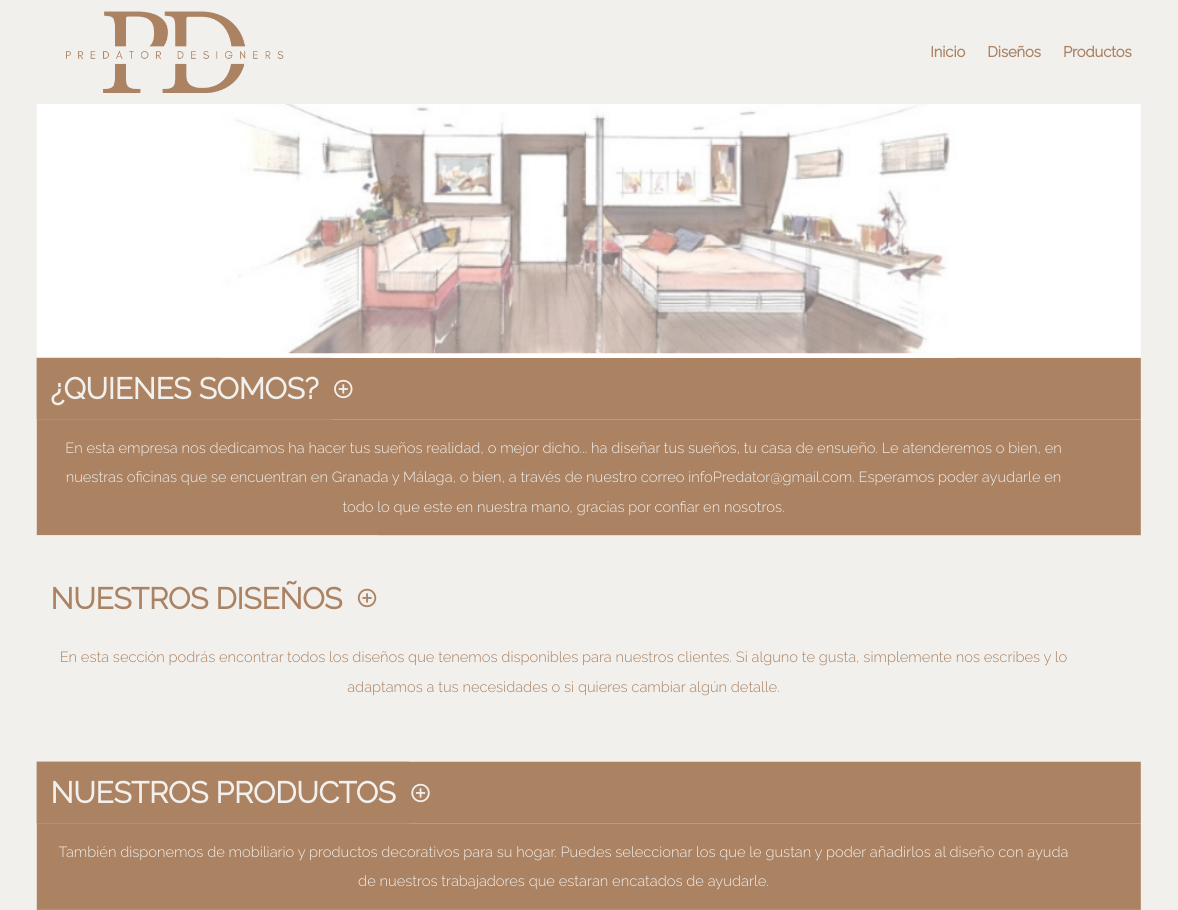
Repository: OmarDvd/proyectoDisenoInterior
Page: index.html
The author's editor kept a record of every edit. The page is drawn from the files as they stood at one moment, then again after the next edit.
The browser window is 1280 px wide. The pictures show the whole page, at 92% of full size.

Above is the page before.

### index.html
<html lang="en">
<head>
    <meta charset="UTF-8">
    <meta name="viewport" content="width=device-width, initial-scale=1.0">
    <title>Eponymous</title>

    <link href="https://fonts.googleapis.com/css2?family=Raleway:wght@300&display=swap" rel="stylesheet">
    <link rel="stylesheet" href="https://fonts.googleapis.com/css2?family=Material+Symbols+Outlined:opsz,wght,FILL,GRAD@20..48,100..700,0..1,-50..200" />
    <link rel="stylesheet" href="css/estilos.css">

    </head>
<body>
    <div class="contenedor">
        <div class="tit-nav">
            <div class="tit">
                <img src="imagenes/DP.png" alt="">
            </div>
            <div class="nav">
                <nav>
                    <a href="index.html">Inicio</a>
                    <a href="disenos.html">Diseños</a>
                    <a href="#">Productos</a>
                </nav>
            </div>
        </div>

        <div class="img">
            <img src="imagenes/Captura.PNG" alt="">
        </div>



            <div class="contenido">
                <div class="info">
                    <h1 class="marron" id="h1_marron">¿QUIENES SOMOS?</h1>
                    <span class="material-symbols-outlined" id="boton1">add_circle</span>
                </div>


                <div class="marron">
                    <div class="marron_texto">
                        <p id="text1">En esta empresa nos dedicamos ha hacer tus sueños realidad, o mejor dicho... ha diseñar tus sueños, tu casa de ensueño. Le atenderemos o bien, en nuestras oficinas que se encuentran en Granada y Málaga, o bien, a través de nuestro correo infoPredator@gmail.com. Esperamos poder ayudarle en todo lo que este en nuestra mano, gracias por confiar en nosotros.
                        </p>
                    </div>

                </div>

                <div class="info_blanca">
                    <h1 class="blanco" id="h1_blanco">NUESTROS DISEÑOS</h1>
                    <span class="material-symbols-outlined" id="boton_blanco">add_circle</span>
                </div>

                <div class="blanco">
                    <div class="blanco_texto">
                        <p id="text2">
                            En esta sección podrás encontrar todos los diseños que tenemos disponibles para nuestros clientes. Si alguno te gusta, simplemente nos escribes y lo adaptamos a tus necesidades o si quieres cambiar algún detalle.
                        </p>
                    </div>
                </div>

                <div class="info">
                    <h1 class="marron" id="h1_marron">NUESTROS PRODUCTOS</h1>
                    <span class="material-symbols-outlined" id="boton3">add_circle</span>
                </div>

                <div class="marron">
                    <div class="marron_texto">
                        <p id="text3">También disponemos de mobiliario y productos decorativos para su hogar. Puedes seleccionar los que le gustan y poder añadirlos al diseño con ayuda de nuestros trabajadores que estaran encatados de ayudarle.
                        </p>
                    </div>
                </div>

            </div>


    </div>
    <script src="https://cdn.jsdelivr.net/npm/bootstrap@5.3.2/dist/js/bootstrap.bundle.min.js" integrity="sha384-C6RzsynM9kWDrMNeT87bh95OGNyZPhcTNXj1NW7RuBCsyN/o0jlpcV8Qyq46cDfL" crossorigin="anonymous"></script>
    <script type="text/javascript" src="javascript/js.js"></script>
</body>
</html>

### css/estilos.css
*{
    margin: 0;
}

/*BODY*/
body{
    background-color: #F1F0ED;
    font-family: 'Raleway', sans-serif;
}
.contenedor{
    max-width: 1200px;
    margin: 0 auto;
}
/*CABECERA*/
.tit-nav{
    display: flex;
    padding: 10 0;
    justify-content: space-between;
    align-items: center;
}
    /*TITULO CABECERA*/
    .tit{
        color: #AB8262;
        font-size: 22px;
    }

    /*NAVEGACION*/

    .tit img{
        width: 300px;
    }
    .nav a{
        text-decoration: none;
        color: #AB8262;
        padding: 10;
        font-weight: bold;
        font-size: 16px;
    }

    .nav a:hover{
        text-decoration: none;
        color: #AB8262;
        padding: 10;
        font-weight: bold;
        font-size: 16px;
        background-color: white;
        border-radius: 3px;

    }


/*IMAGEN*/
.img{
    background-color: white;
    text-align: center;
}
    .img img{
        width: 800;
    }


    .contenido h1,.contenido p,.contenido a{
        padding: 15;
    }


    /*CONTENIDO*/
    .contenido{
        max-width: 100%;
    }
        .blanco, .marron{
            display: flex;
        }

        .contenido p{
            padding-right: 70;
            line-height: 2;
        }

        .contenido a{
            color: gray;
            line-height: 3;
        }


/*CUADROS DE COLORES*/
        #h1_blanco{
             padding-top: 50;
        }

        .blanco_texto{
            padding-bottom: 50;
        }
        .marron_texto p, #h1_blanco, .blanco_texto p{
            text-align: center;
        }
        .marron{
            background-color: #AB8262;
            color: #F1F0ED;

        }

        .blanco{
            background-color:#F1F0ED;
            color: #AB8262;

        }

        .info{
            display: flex;
            background-color: #AB8262;
        }
        .info_blanca{
            display: flex;
            background-color: #F1F0ED;
        }

        .material-symbols-outlined{
            padding-top: 22px;
            color: #F1F0ED;
        }

        #boton_blanco{
            color: #AB8262;
            background-color: #F1F0ED;
            padding-top: 56px;
        }

        /*DISEÑOS*/
        .img_diseng{
            max-width: 1000px;
        }
        .img_diseng img{
            width: 300px;
            text-align: center;
        }

### javascript/js.js
let boton1 = document.getElementById('boton1');
let texto1 = document.getElementById('text1');

let boton2 = document.getElementById('boton_blanco');
let texto2 = document.getElementById('text2');

let boton3 = document.getElementById('boton3');
let texto3 = document.getElementById('text3');

window.onload = function (){
    boton1.onclick = seguirLey1;

    boton2.onclick = seguirLey2;

    boton3.onclick = seguirLey3;
}

function seguirLey1() {
    texto1.style.display="block";
}

function seguirLey2() {
    texto2.style.display="block";
}

function seguirLey3() {
    texto3.style.display="block";
}

After the next edit:
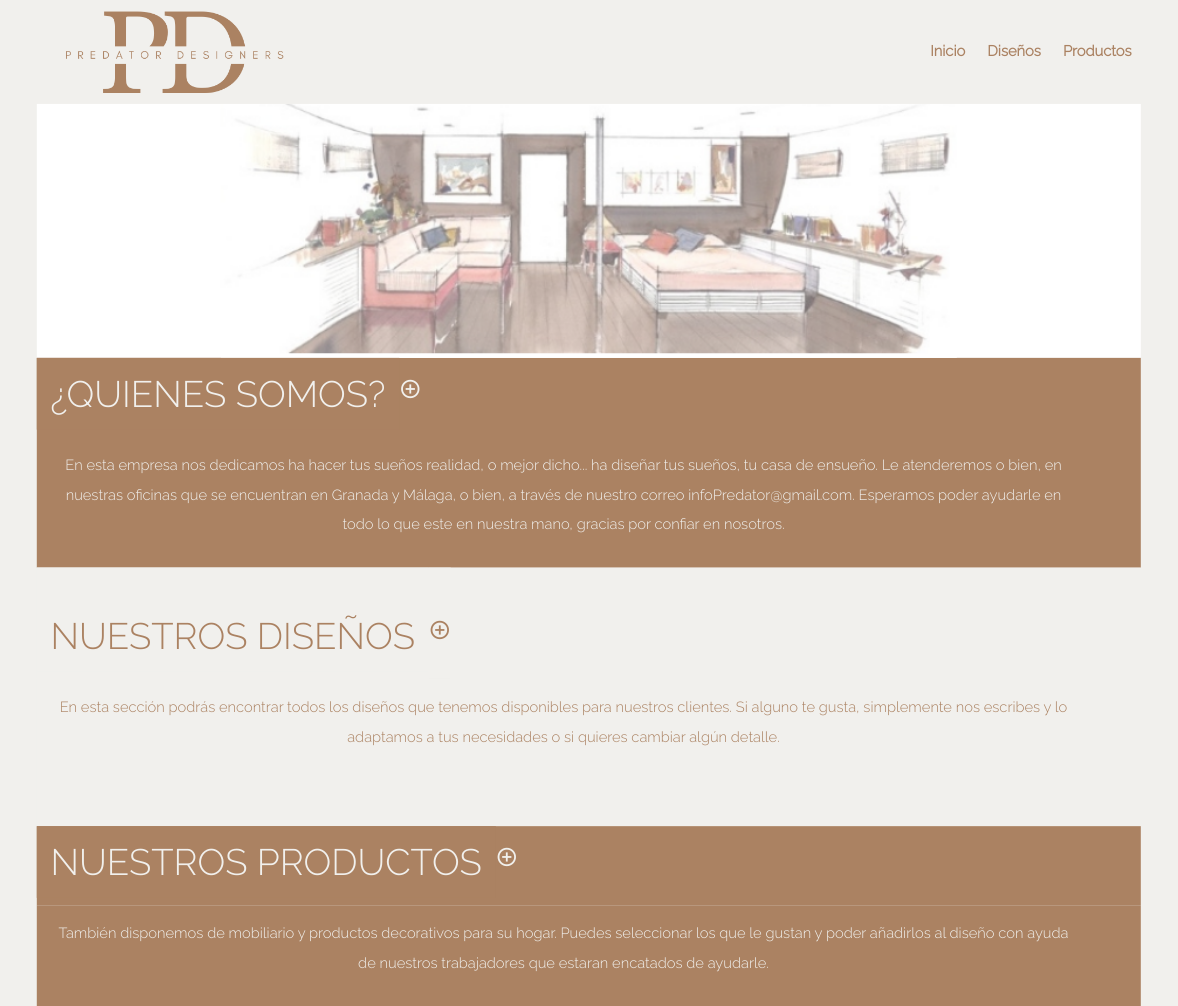
The edit:
--- a/index.html
+++ b/index.html
@@ -3,7 +3,7 @@
     <meta charset="UTF-8">
     <meta name="viewport" content="width=device-width, initial-scale=1.0">
     <title>Eponymous</title>
-
+    <link href="https://cdn.jsdelivr.net/npm/bootstrap@5.3.2/dist/css/bootstrap.min.css" rel="stylesheet" integrity="sha384-T3c6CoIi6uLrA9TneNEoa7RxnatzjcDSCmG1MXxSR1GAsXEV/Dwwykc2MPK8M2HN" crossorigin="anonymous">
     <link href="https://fonts.googleapis.com/css2?family=Raleway:wght@300&display=swap" rel="stylesheet">
     <link rel="stylesheet" href="https://fonts.googleapis.com/css2?family=Material+Symbols+Outlined:opsz,wght,FILL,GRAD@20..48,100..700,0..1,-50..200" />
     <link rel="stylesheet" href="css/estilos.css">
